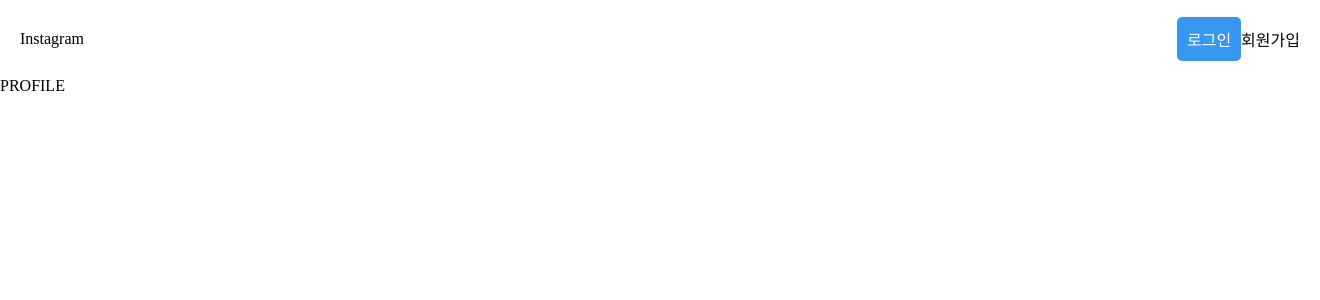
Repository: junshock5/RubyTest
Page: insta.html
The author's editor kept a record of every edit. The page is drawn from the files as they stood at one moment, then again after the next edit.
The browser window is 1280 px wide. The page is 1320 px wide, so the pictures cover 1320 px, including what lies to the right of the window. The pictures show the whole page.

Above is the page before.

After the next edit:
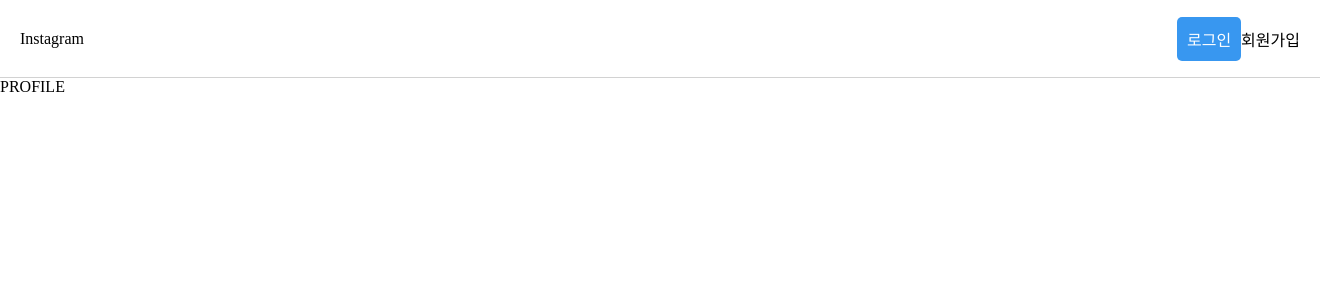
The edit:
--- a/css/insta.css
+++ b/css/insta.css
@@ -11,6 +11,7 @@
     justify-content: space-between;
     padding-left: 20px;
     padding-right: 20px;
+    border-bottom: 1px solid #d2d2d2;
 }
 
 .auth{
